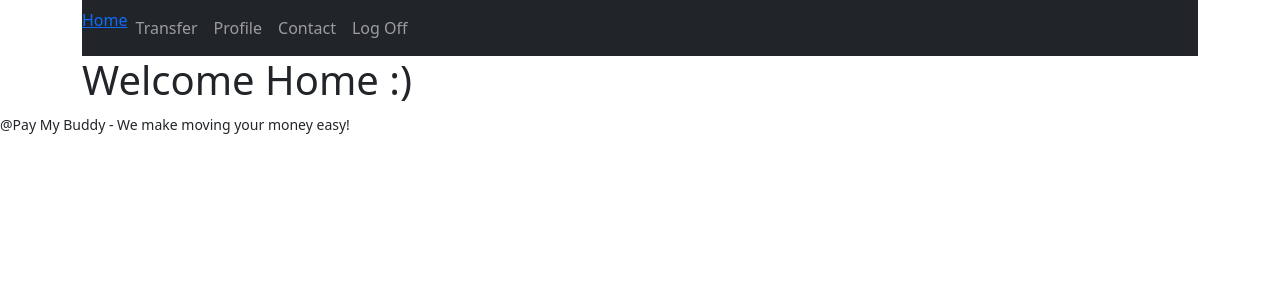
Repository: Am-BOUK/paymybuddy
Page: http://localhost/index
An editor plug-in stored every save of this project. The page is shown before and after the next save, followed by the edit.
The browser window is 1280 px wide. The pictures show the whole page.
The page is this project's Thymeleaf template; nobody is signed in. The template is opened directly, without the code that normally fills it, so the values that code supplies are empty.

Above is the page before, as saved 2021-12-15 18:05:58.

After the next save:
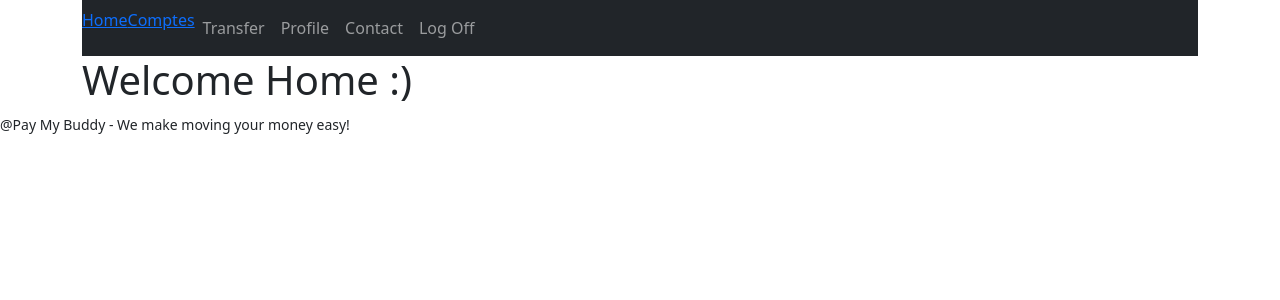
Saved 30 s later.
--- a/PayMyBuddy/src/main/resources/templates/index.html
+++ b/PayMyBuddy/src/main/resources/templates/index.html
@@ -22,6 +22,7 @@
 				<ul class="navbar-nav">
 					<li class="nav-item">
 					<li><a th:href='@{/home}'>Home</a></li>
+					<li><a th:href='@{comptes}'>Comptes</a></li>
 					<li class="nav-item"><a class="nav-link" href="transfer">Transfer</a>
 					</li>
 					<li class="nav-item"><a class="nav-link" href="profile">Profile</a>
